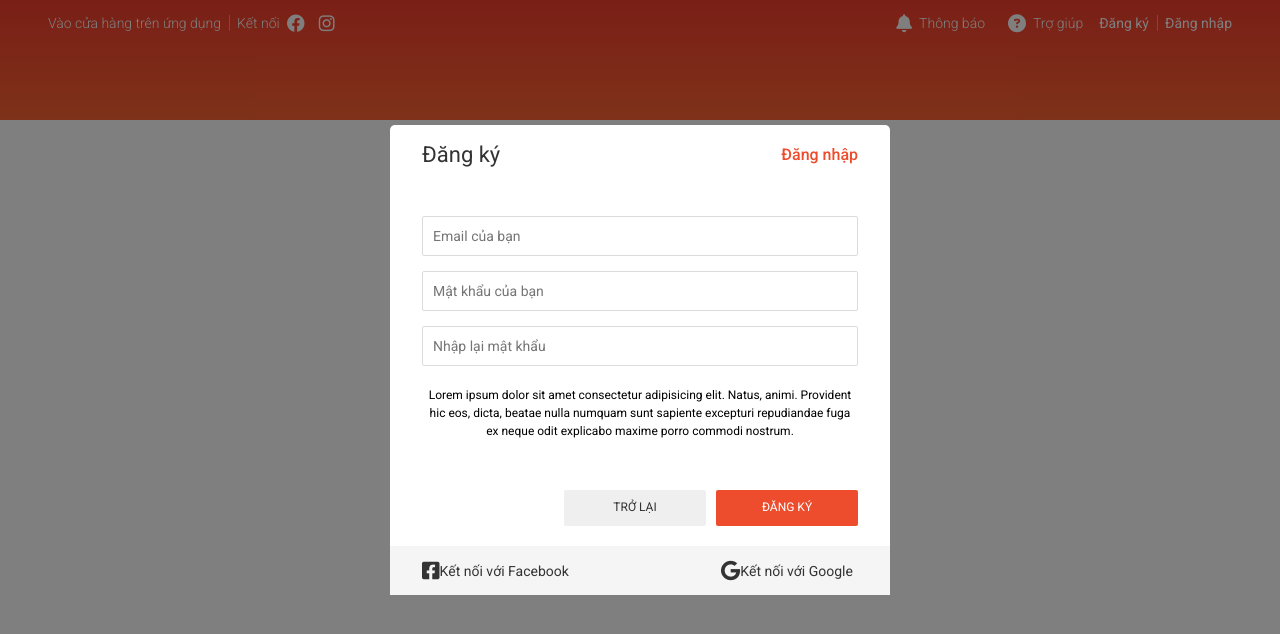
Repository: dptuyen1/F8-Tutorial
Page: index.html
The author's editor kept a copy of each file at every save. The page is drawn from the files as they stood at one save, then again after the next save.
The browser window is 1280 px wide. The pictures show the whole page.

Above is the page before, as saved 2023-05-08 18:11:12.

After the next save:
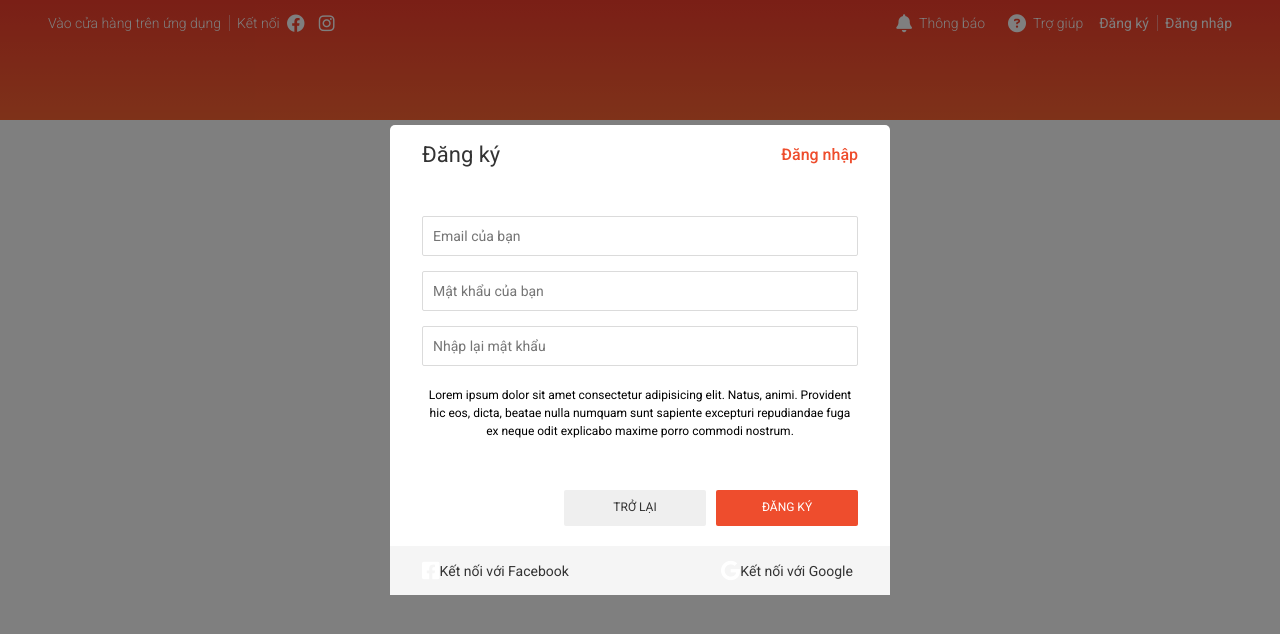
Saved 21 s later.
--- a/assets/css/main.css
+++ b/assets/css/main.css
@@ -324,4 +324,5 @@
 
 .auth-form_socials-icon {
   font-size: 2rem;
-}
+  color: var(--white-color);
+}

After the save that followed:
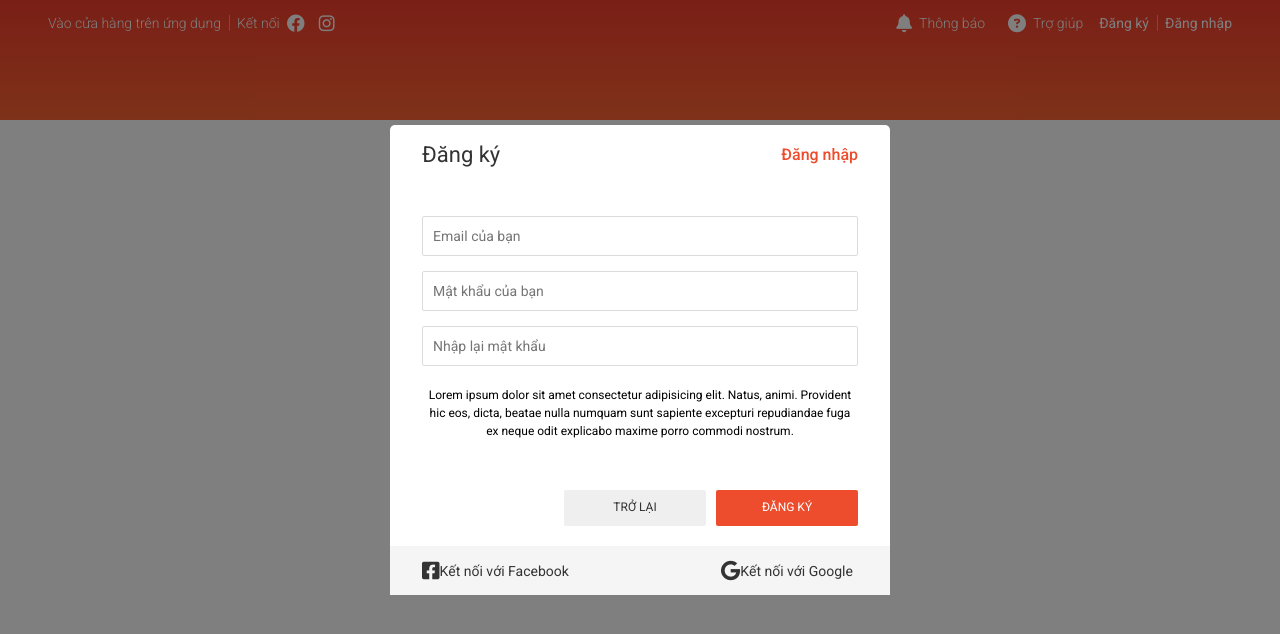
Saved 9 s later.
--- a/assets/css/main.css
+++ b/assets/css/main.css
@@ -324,5 +324,4 @@
 
 .auth-form_socials-icon {
   font-size: 2rem;
-  color: var(--white-color);
-}
+}
